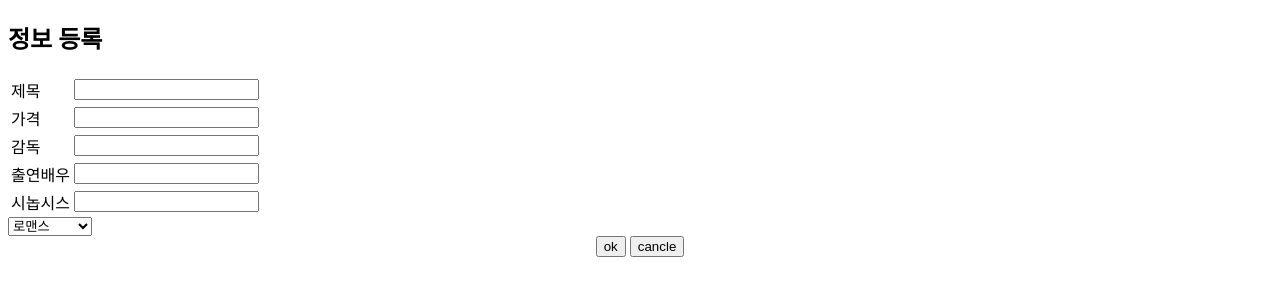
Repository: supremehappy/JSP_test02
Page: http://localhost/test/JSP_Test_06_3_movieWriteForm.jsp
These files come from the project's save history. The page is drawn as it stood at one moment and after a run of saves; the edit follows.
The browser window is 1280 px wide. The pictures show the whole page.
The page is served by Tomcat 9.

Above is the page before, as saved 2017-07-17 08:04:50.

After the next 3 saves:
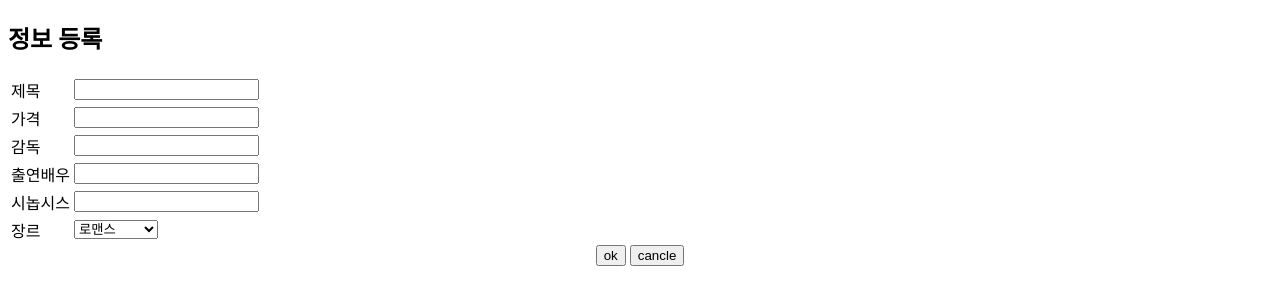
The 3 saves are shown as one change because 2 did not build or start.
The last was saved 4 min 3 s later.
--- a/test/WebContent/JSP_Test_06_3_movieWriteForm.jsp
+++ b/test/WebContent/JSP_Test_06_3_movieWriteForm.jsp
@@ -35,16 +35,20 @@
 			<td>시놉시스 		</td>
 			<td><input type="text" name="synopsis" size="20"></td>
 		</tr>
+		<tr>
+			<td>장르 		</td>
+			<td>
+				<select name="genre">
+					<option value="로맨스">로맨스</option>
+					<option value="스릴러">스릴러</option>
+					<option value="미스터리">미스터리</option>
+					<option value="액션">액션</option>
+					<option value="코미디">코미디</option>
+					<option value="애니메이션">애니메이션</option>
+				</select>
+			</td>
+		</tr>
 	</table>
-	<select name="genre">
-		<option value="로맨스">로맨스</option>
-		<option value="스릴러">스릴러</option>
-		<option value="미스터리">미스터리</option>
-		<option value="액션">액션</option>
-		<option value="코미디">코미디</option>
-		<option value="애니메이션">애니메이션</option>
-	</select>
-
 	<div>
 		<input type="submit" value="ok">
 		<input type="reset" value="cancle">
